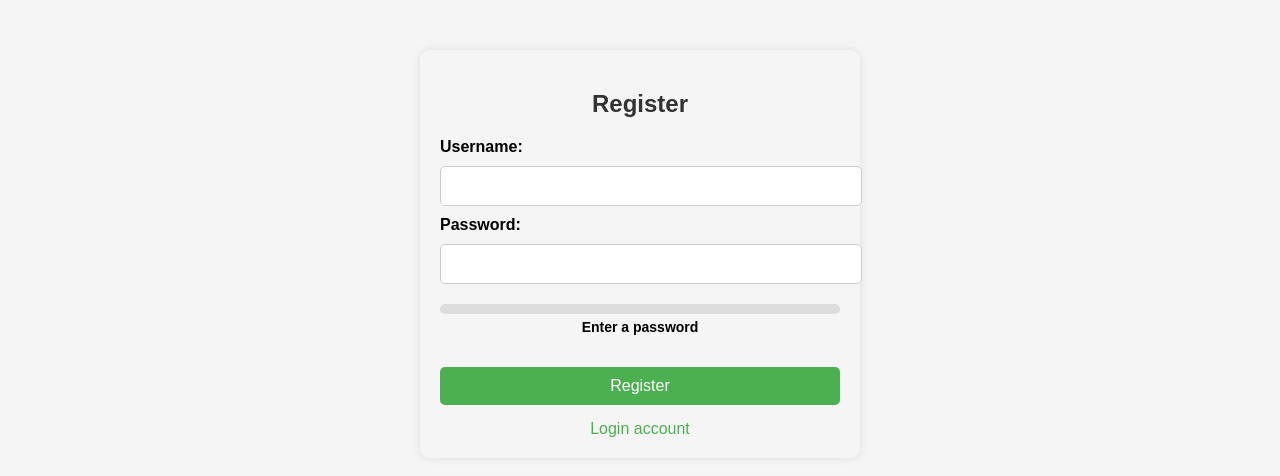
Repository: wolvicjohn/argon2
Page: http://localhost/register.php
An editor plug-in stored every save of this project. The page is shown before and after the next save, followed by the edit.
The browser window is 1280 px wide. The pictures show the whole page.
The page is run by PHP 8.4 with error messages shown; the project is at /var/www/html/.

Above is the page before, as saved 2024-10-18 01:43:27.

After the next save:
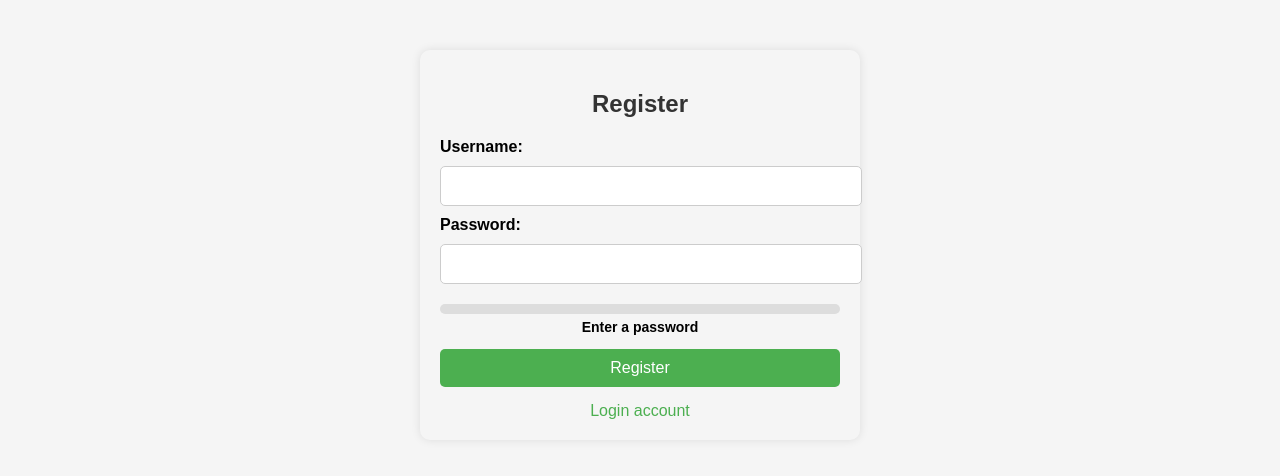
Saved 11 s later.
--- a/register.php
+++ b/register.php
@@ -35,7 +35,7 @@ if ($_SERVER['REQUEST_METHOD'] === 'POST') {
     $stmt = $pdo->prepare('INSERT INTO users (username, password_hash) VALUES (?, ?)');
     $stmt->execute([$username, $passwordHash]);
 
-    echo "User registered successfully!";
+    echo "<p style='text-align:center; color: green;'>User registered successfully!</p>";
 }
 ?>
 <!DOCTYPE html>
@@ -50,16 +50,16 @@ if ($_SERVER['REQUEST_METHOD'] === 'POST') {
 <body>
     <h2>Register</h2>
     <form action="register.php" method="POST">
-        <label for="username">Username:</label><br>
-        <input type="text" name="username" id="username" required><br>
+        <label for="username">Username:</label>
+        <input type="text" name="username" id="username" required>
 
-        <label for="password">Password:</label><br>
-        <input type="password" name="password" id="password" required><br>
+        <label for="password">Password:</label>
+        <input type="password" name="password" id="password" required>
 
         <div class="password-strength">
             <div class="strength-bar" id="strength-bar"></div>
         </div>
-        <p class="message" id="strength-text">Enter a password</p><br>
+        <p class="message" id="strength-text">Enter a password</p>
 
         <button type="submit">Register</button>
         <a href="login.php">Login account</a>
